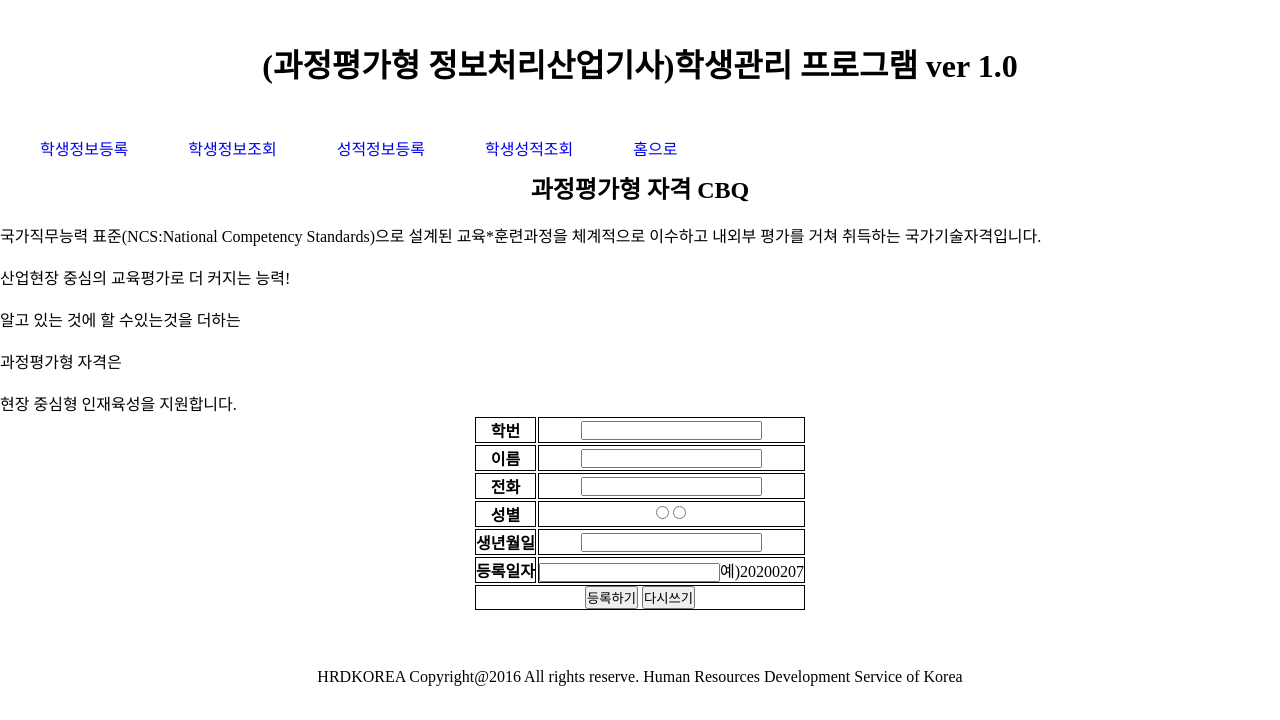
Repository: SeolhwaPark/JSL40_HRDKOREA
Page: http://localhost/HRD_0428_02/insert.jsp
These files come from the project's save history. The page is drawn as it stood at one moment and after the next save; the edit follows.
The browser window is 1280 px wide. The pictures show the whole page.
The page is served by Tomcat 9.

Above is the page before, as saved 2020-04-28 11:37:02.

After the next save:
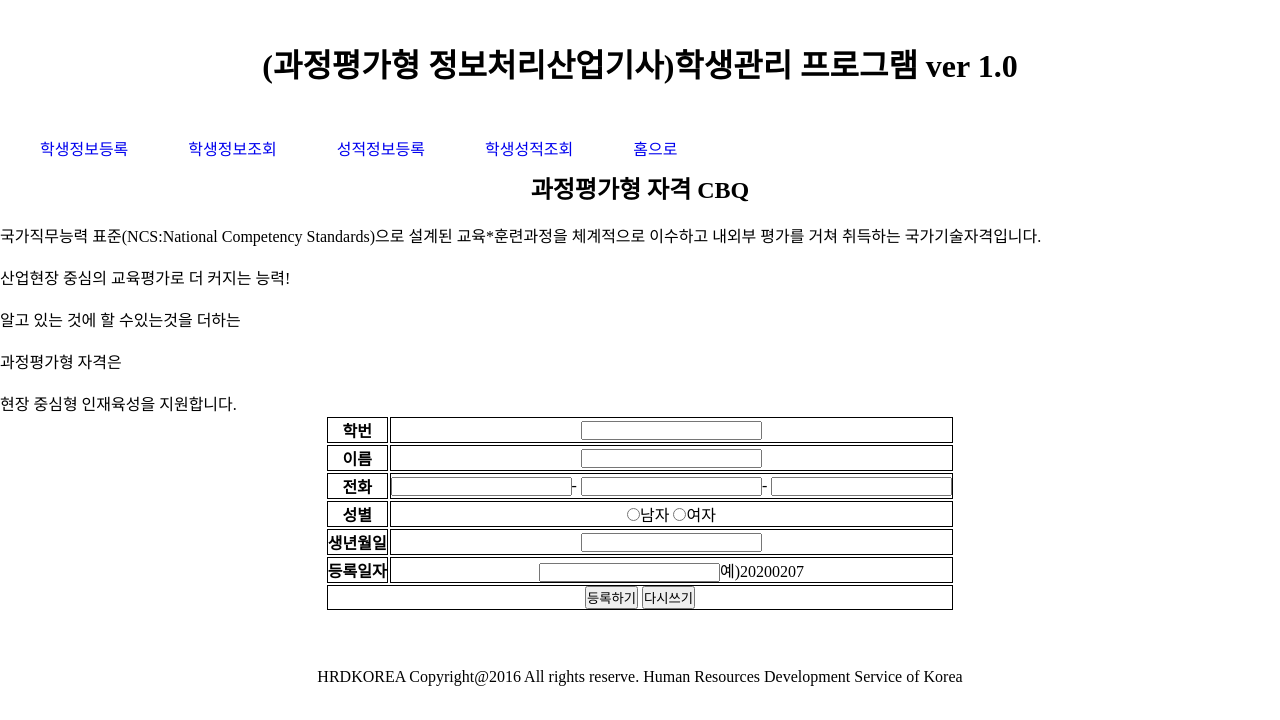
Saved 76 s later.
--- a/HRD_0428_02/WebContent/insert.jsp
+++ b/HRD_0428_02/WebContent/insert.jsp
@@ -62,28 +62,31 @@ a{padding:20px;text-decoration:none;}
 				<table>
 					<tr>
 						<th>학번</th>
-						<td><input type="text" name="" value=""></td>
+						<td><input type="text" name="hakbun" value=""></td>
 					</tr>
 					<tr>
 						<th>이름</th>
-						<td><input type="text" name="" value=""></td>
+						<td><input type="text" name="name" value=""></td>
 					</tr>
 					<tr>
 						<th>전화</th>
-						<td><input type="text" name="" value=""></td>
+						<td><input type="text" name="phone1" value="">-
+							<input type="text" name="phone2" value="">-
+							<input type="text" name="phone3" value="">
+						</td>
 					</tr>
 					<tr>
 						<th>성별</th>
-						<td><input type="radio" name="" value="">
-							<input type="radio" name="" value=""></td>
+						<td><input type="radio" name="gender" value="M">남자
+							<input type="radio" name="gender" value="F">여자</td>
 					</tr>
 					<tr>
 						<th>생년월일</th>
-						<td><input type="text" name="" value=""></td>
+						<td><input type="text" name="birth" value=""></td>
 					</tr>
 					<tr>
 						<th>등록일자</th>
-						<td><input type="text" name="" value="">예)20200207</td>
+						<td><input type="text" name="regdate" value="">예)20200207</td>
 					</tr>
 
 					<tr>
